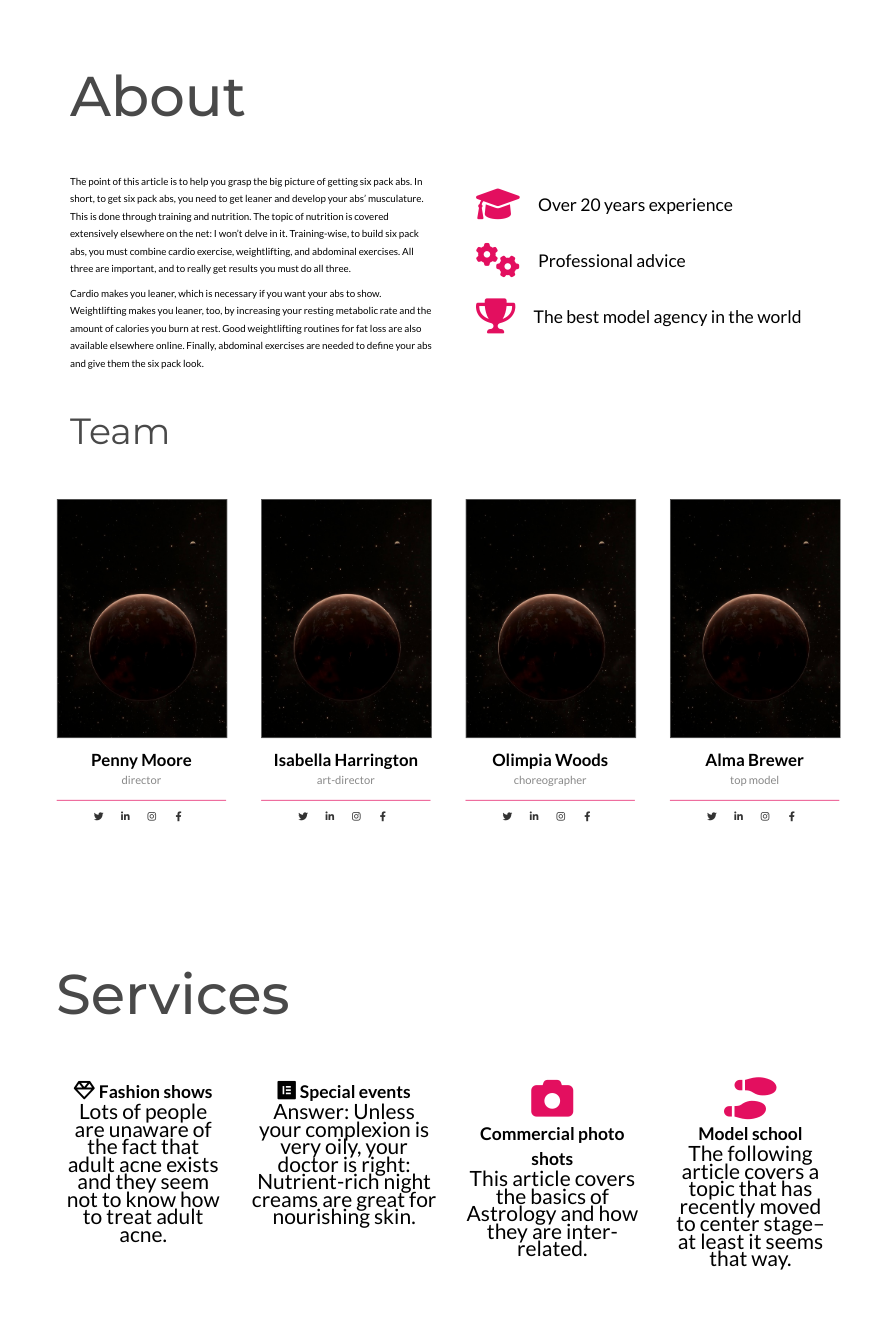
Repository: soniaarefin/cosmo
Page: index.html
These files come from the project's save history. The page is drawn as it stood at one moment and after the next save; the edit follows.
The browser window is 1280 px wide. The pictures show the part of the page from y = 714 to 2634 px (the page is 2634 px tall), at 70% of full size.

Above is the page before, as saved 2021-11-09 21:32:29.

### index.html
<!DOCTYPE html>
<html lang="en">
<head>
    <meta charset="UTF-8">
    <meta http-equiv="X-UA-Compatible" content="IE=edge">
    <meta name="description" content="&amp;lt;p&amp;gt;&amp;lt;strong&amp;gt;Cosmo&amp;lt;/strong&amp;gt; — is a clean, modern template that is suitable for &amp;l...">
    <meta name="keywords" content="HTML, CSS, JavaScript">
    <meta name="robots" content="noindex, nofollow" />
    <meta name="author" content="Sonia Arefin" >
    <meta name="viewport" content="width=device-width, initial-scale=1.0">
    <!-- <meta http-equiv="refresh" content="30" url="http://www.google.com"> -->
    <meta http-equiv = "cookie" content = "userid = xyz; expires = Wednesday, 20-Oct-21 23:59:59 GMT;" />
    <meta http-equiv = "Content-Type" content = "text/html; charset = UTF-8" />
    <!-- Title -->
    <title>Cosmo</title>
    <!-- CSS Links-->

    <!-- Fontawesome Links -->
    <link rel="stylesheet" href="https://cdnjs.cloudflare.com/ajax/libs/font-awesome/6.0.0-beta2/css/all.min.css">
    <!-- Google Fonts -->
    <link rel="preconnect" href="https://fonts.googleapis.com">
    <link rel="preconnect" href="https://fonts.gstatic.com" crossorigin>
    <link href="https://fonts.googleapis.com/css2?family=Lato:ital,wght@0,100;0,300;0,400;0,700;0,900;1,100;1,300&family=Montserrat:ital,wght@0,100;0,200;0,300;0,400;0,500;0,700;0,800;0,900;1,100;1,200;1,300;1,400&display=swap" rel="stylesheet">
    <!-- Custom CSS-->
    <link rel="stylesheet" href="assets/css/base.css">
    <link rel="stylesheet" href="assets/css/style.css">
    <link rel="stylesheet" href="assets/css/custom.css">
    <link rel="stylesheet" href="assets/css/responsive.css">
</head>
<body>
    <!-- Page Header Starts -->
    <header class="header">
        <div class="container">
            <nav class="nav-bar">
                <div class="wrapper-logo">
                    <a class="logo" href="index.html">
                        <span class="logo__heading">Cosmo</span><span class="logo__subheading">Model Agency</span>
                    </a>
                </div>
                <div class="wrapper-menu">
                    <ul class="menu-bar"><a class="menu-responsive-button" href="#"></a>
                        <li class="dropdown"><a class="dropbtn" href="#">Home</a>
                            <!-- <div class="dropdown-content">
                                <a href="#">Home Link 1</a>
                                <a href="#">Home Link 2</a>
                                <a href="#">Home Link 3</a>
                            </div> -->
                        </li>
                        <li class="dropdown"><a class="dropbtn" href="#">Projects</a>
                            <div class="dropdown-content">
                                <a href="#">Projects Link 1</a>
                                <a href="#">Projects Link 2</a>
                                <a href="#">Projects Link 3</a>
                            </div>
                        </li>
                        <li class="dropdown"><a class="dropbtn" href="casting.html">Casting</a>
                        </li>
                        <li class="dropdown"><a class="dropbtn" href="models.html">Models</a>
                        </li>
                        <li class="dropdown"><a class="dropbtn" href="blog.html">Blog</a>
                        </li>
                    </ul>
                </div>
            </nav>
        </div>
    </header>
    <!-- Page Header Ends -->
    <!-- Page Main Starts -->
    <main class="page-main">
        <!-- Section Intro Starts -->
        <section class="page-section page-section_intro intro-img">
            <div class="container">
                <div class="row">
                    <div class="col-25"></div>
                    <div class="col-50 section-intro" >
                        <header class="page-section_intro_header">
                            <span class="section-intro_span">MODEL AGENCY</span>
                            <hr class="divider">
                            <h1 class="page-section_intro_header_h1">Cosmo</h1>
                        </header>
                        <p class="section-intro_txt">Most people feel they have some basic flaws with their appearance, and the truth is that the stars are no exception.</p>
                        <div class="page-section_intro__btn">
                            <a class="page-section_intro__btn_btn button" href="#">Learn more</a>
                        </div>
                    </div>
                    <div class="col-25"></div>
                </div>
            </div>
        </section>
        <!-- Section Intro Ends -->
        <!-- Section About Starts -->
        <section class="page-section page-section-about">
            <div class="container">
                <div class="row">
                    <div class="col-100 section-about">
                        <h1 class="section-h1">About</h1>
                    </div>
                </div>
                <div class="row">
                    <div class="col-50 section-about_paragraph">
                        <p>The point of this article is to help you grasp the big picture of getting six pack abs. In short, to get six pack abs, you need to get leaner and develop your abs’ musculature. This is done through training and nutrition. The topic of nutrition is covered extensively elsewhere on the net: I won’t delve in it. Training-wise, to build six pack abs, you must combine cardio exercise, weightlifting, and abdominal exercises. All three are important, and to really get results you must do all three.</p>
                        <p>Cardio makes you leaner, which is necessary if you want your abs to show.  Weightlifting makes you leaner, too, by increasing your resting metabolic rate and the amount of calories you burn at rest. Good weightlifting routines for fat loss are also available elsewhere online. Finally, abdominal exercises are needed to define your abs and give them the six pack look.</p>
                    </div>
                    <div class="col-50 section-about_list_item">
                        <ul class="section-about_list">
                            <li class="about_list"><i class="fas fa-graduation-cap about-icon"></i><span class="about-list_span">Over 20 years experience</span></li>
                            <li class="about_list"><i class="fas fa-cogs about-icon"></i><span class="about-list_span">Professional advice</span></li>
                            <li class="about_list"><i class="fas fa-trophy about-icon"></i><span class="about-list_span">The best model agency in the world</span></li>
                        </ul>
                    </div>
                </div>
                <div class="col-100 mt-50 ">
                    <h3 class="h3">Team</h3>
                </div>
                <div class="mb-90">
                    <!-- <div class="col-25 team-member-wrapper">
                        <img class="team-member img-responsive" src="assets/images/abstract-g.png" alt="cosmo">
                    </div> -->
                    <div class="team-grid_container team-member-wrapper">
                        <!-- Team Member 1 -->
                        <div class="team-member1">
                            <img class="grid-item img-responsive team-member" src="assets/images/galaxy-n.jpg" alt="cosmo"><span class="team-member_name">Penny Moore</span><span class="team-member_designation">director</span>
                            <hr class="divider">
                            <ul class="team-social_icons">
                                <li class="social-icon"><a class="icon-twitter link-social-icon" href="#"><i class="fab fa-twitter"></i></a></li>
                                <li class="social-icon"><a class="icon_linkedin link-social-icon" href="#"><i class="fab fa-linkedin-in"></i></a></li>
                                <li class="social-icon"><a class="icon_instagram link-social-icon" href="#"><i class="fab fa-instagram"></i></a></li>
                                <li class="social-icon"><a class="icon_facebook link-social-icon" href="#"><i class="fab fa-facebook-f"></i></a></li>
                            </ul>
                        </div>
                        <!-- Team Member 1 -->
                        <!-- Team Member 2 -->
                        <div class="team-member2">
                            <img class="grid-item img-responsive team-member" src="assets/images/galaxy-n.jpg" alt="cosmo"><span class="team-member_name">Isabella Harrington</span><span class="team-member_designation">art-director</span>
                            <hr class="divider">
                            <ul class="team-social_icons">
                                <li class="social-icon"><a class="icon-twitter link-social-icon" href="#"><i class="fab fa-twitter"></i></a></li>
                                <li class="social-icon"><a class="icon_linkedin link-social-icon" href="#"><i class="fab fa-linkedin-in"></i></a></li>
                                <li class="social-icon"><a class="icon_instagram link-social-icon" href="#"><i class="fab fa-instagram"></i></a></li>
                                <li class="social-icon"><a class="icon_facebook link-social-icon" href="#"><i class="fab fa-facebook-f"></i></a></li>
                            </ul>
                        </div>
                        <!-- Team Member 2 -->
                        <!-- Team Member 3 -->
                        <div class="team-member3">
                            <img class="grid-item img-responsive team-member" src="assets/images/galaxy-n.jpg" alt="cosmo"><span class="team-member_name">Olimpia Woods</span><span class="team-member_designation">choreographer</span>
                            <hr class="divider">
                            <ul class="team-social_icons">
                                <li class="social-icon"><a class="icon-twitter link-social-icon" href="#"><i class="fab fa-twitter"></i></a></li>
                                <li class="social-icon"><a class="icon_linkedin link-social-icon" href="#"><i class="fab fa-linkedin-in"></i></a></li>
                                <li class="social-icon"><a class="icon_instagram link-social-icon" href="#"><i class="fab fa-instagram"></i></a></li>
                                <li class="social-icon"><a class="icon_facebook link-social-icon" href="#"><i class="fab fa-facebook-f"></i></a></li>
                            </ul>
                        </div>
                        <!-- Team Member 3 -->
                        <!-- Team Member 4 -->
                        <div class="team-member4">
                            <img class="grid-item img-responsive team-member" src="assets/images/galaxy-n.jpg" alt="cosmo"><span class="team-member_name">Alma Brewer</span><span class="team-member_designation">top model</span>
                            <hr class="divider">
                            <ul class="team-social_icons">
                                <li class="social-icon"><a class="icon-twitter link-social-icon" href="#"><i class="fab fa-twitter"></i></a></li>
                                <li class="social-icon"><a class="icon_linkedin link-social-icon" href="#"><i class="fab fa-linkedin-in"></i></a></li>
                                <li class="social-icon"><a class="icon_instagram link-social-icon" href="#"><i class="fab fa-instagram"></i></a></li>
                                <li class="social-icon"><a class="icon_facebook link-social-icon" href="#"><i class="fab fa-facebook-f"></i></a></li>
                            </ul>
                        </div>
                        <!-- Team Member 4 -->
                    </div>
                </div>
            </div>
        </section>
        <!-- Section About Ends -->
        <!-- Section Services Starts -->
        <section class="page-section">
            <div class="container">
                <div class="section-services">
                    <h1 class="section-h1">Services</h1>
                </div>
                <div class="grid-container service-container">
                    <div class="services-grid_item">
                        <i class="sevices-icon fa-regular fa-gem"></i>
                        <span class="services-span">Fashion shows</span>
                        <p class="service-paragraph">Lots of people are unaware of the fact that adult acne exists and they seem not to know how to treat adult acne.</p>
                    </div>
                    <div class="services-grid_item">
                        <i class="sevices-icon fab fa-elementor"></i>
                        <span class="services-span">Special events</span>
                        <p class="service-paragraph">Answer: Unless your complexion is very oily, your doctor is right: Nutrient-rich night creams are great for nourishing skin.</p>
                    </div>
                    <div class="services-grid_item">
                        <i class="services-icon fas fa-camera"></i>
                        <span class="services-span">Commercial photo shots</span>
                        <p class="service-paragraph">This article covers the basics of Astrology and how they are inter-related.</p>
                    </div>
                    <div class="services-grid_item">
                        <i class="services-icon fa-solid fa-shoe-prints"></i>
                        <span class="services-span">Model school</span>
                        <p class="service-paragraph">The following article covers a topic that has recently moved to center stage–at least it seems that way.</p>
                    </div>
                </div>
            </div>
        </section>
        <!-- Section Services Ends -->
    </main>
    <!-- Page Main Ends -->
    <!-- Page Footer Starts -->
    <!-- Page Footer Starts -->
    <!-- JS links -->
    <!-- JS links -->
    <!-- Custom JS -->
    <!-- Custom JS -->
</body>
</html>

### assets/css/base.css

/* Body and general styles */
* {
    margin: 0;
    padding: 0;
    /* box-sizing: border-box; */
}
html {
    font-size: 14px;
}
body {
    position: relative;
    width: 100%;
    color: rgb(0, 0, 0);
    background-color: rgb(255, 255, 255));
    font-family: 'Lato', sans-serif;
    font-size: 100%;
    font-weight: 400;
    margin: 0;
    padding: 0;
}
h1,h2,h3,h4,h5,h6 {
    font-family: 'Montserrat', sans-serif;
    font-weight: 700;
}
p {
    line-height: 25px;
    margin-top: 0;
    margin-bottom: 10px;
}
a {
    text-decoration: none;
    background-color: transparent;
    cursor: pointer;
    transition: all 0.4s ease-in-out;
}
ul {
    list-style-type: none;
    margin: 0;
    padding: 0;
    overflow: hidden;
}
li {
    float: left;
}
hr {
    border: 0;
    height: 0;
    box-sizing: content-box;
}
img {
    vertical-align: middle;
}

### assets/css/custom.css
.container {
    width: 1120px;
    margin-right: auto;
    margin-left: auto;
    padding-left: 20px;
    padding-right: 20px;
}
.img-responsive {
    display: block;
    width: 100%;
    height: auto;
}
a:hover {
    text-decoration: none;
    color: #e30f5f;
}
a:focus, a:active {
    outline: none;
    text-decoration: none;
    color: #e30f5f;
}
.button:focus, .button:active {
    outline: none;
}
.button {
    position: relative;
    display: inline-block;
    padding: 12px 86px;
    -webkit-border-radius: 10px;
    color: #e30f5f;
    border-radius: 10px;
    font-size: 18px;
    border: 1px solid #e30f5f;
    overflow: hidden;
    transition: all 0.4s ease-in-out;
}
.button:hover {
    border-color: #331a24;
    background-color: #331a24;
    color: #fff;
}
.mt-50 {
    margin-top: 50px;
}
.mb-60 {
    margin-bottom: 60px;
}
.mb-90 {
    margin-bottom: 90px;;
}
.col-100 {
    position: relative;
    min-height: 1px;
    padding-left: 20px;
    padding-right: 20px;
    float: left;
    width: 100%;
    height: auto;
}
.col-20 {
    float: left;
    width: 20%;
    height: auto;
}
.col-25 {
    float: left;
    width: 25%;
    height: auto;
}
.col-33 {
    float: left;
    width: 33.33%;
    /*padding: 10px; */
    height: auto;
}
.col-34 {
    float: left;
    width: 34%;
    height: auto;
}
.col-50 {
    position: relative;
    min-height: 1px;
    padding-left: 20px;
    padding-right: 20px;
    float: left;
    width: 50%;
    height: auto;
}
.col-60 {
    float: left;
    width: 60%;
    height: auto;
}
.col-66 {
    float: left;
    width: 66%;
    height: auto;
}
/* .row:after {
    content: "";
    display: table;
    clear: both;
} */
.row {
    display: flex;
}
.divider {
    margin-top: 10px;
    margin-bottom: 10px;
    border-top: 1px solid #e30f5f;
}
.h3 {
    color: #494949;
    font-size: 52px;
    font-weight: 400;
    font-family: 'Montserrat', sans-serif;;
    line-height: 1;
    margin-bottom: 60px;
}
/* .h2 {
    font-size: 5.71429rem;
    line-height: 6.42857rem;
    margin-bottom: 60px;
} */
.grid-container {
    display: grid;
    grid-column-gap: 40px;
    grid-template-columns: auto auto auto auto;
    /* background-color: #2196F3; */
    padding: 10px;
    justify-content: center;
}
.grid-item {
    background-color: rgba(255, 255, 255, 0.8);
    border: 1px solid rgba(0, 0, 0, 0.8);
    /* padding: 20px; */
    font-size: 30px;
    text-align: center;
}
/* .[class^="icon-"]:before, [class*=" icon-"]:before {
    font-family: "freepik";
    font-style: normal;
    font-weight: normal;
    speak: none;
    display: inline-block;
    text-decoration: inherit;
    width: 1em;
    margin-right: .2em;
    text-align: center;
    /* opacity: .8; */
    /* font-variant: normal;
    text-transform: none;
    line-height: 1em;
    margin-left: .2em; */
    /* font-size: 120%; */
    /* -webkit-font-smoothing: antialiased; */
    /* -moz-osx-font-smoothing: grayscale; */
    /* text-shadow: 1px 1px 1px rgba(127, 127, 127, 0.3); */
} */

### assets/css/responsive.css
/* Custom, iPhone Retina */
@media only screen and (max-width: 320px) {
  /**/
}

/*==========  Mobile First Method  ==========*/
/* Custom, iPhone Retina */
@media only screen and (min-width: 320px) {
  /**/
}

/* Extra Small Devices, Phones */
@media only screen and (min-width: 480px) {
  /**/
}

/* Small Devices, Tablets */
@media only screen and (min-width: 768px) {
  /**/
}

/* Medium Devices, Desktops */
@media only screen and (min-width: 992px) {
  /**/
      /* .col-25 {
          width: 25%;
          float: left;
      } */
}

/* Large Devices, Wide Screens */
@media only screen and (min-width: 1200px) {
  /**/
}

Loaded but not shown: assets/css/style.css (405 lines, source omitted)

After the next save:
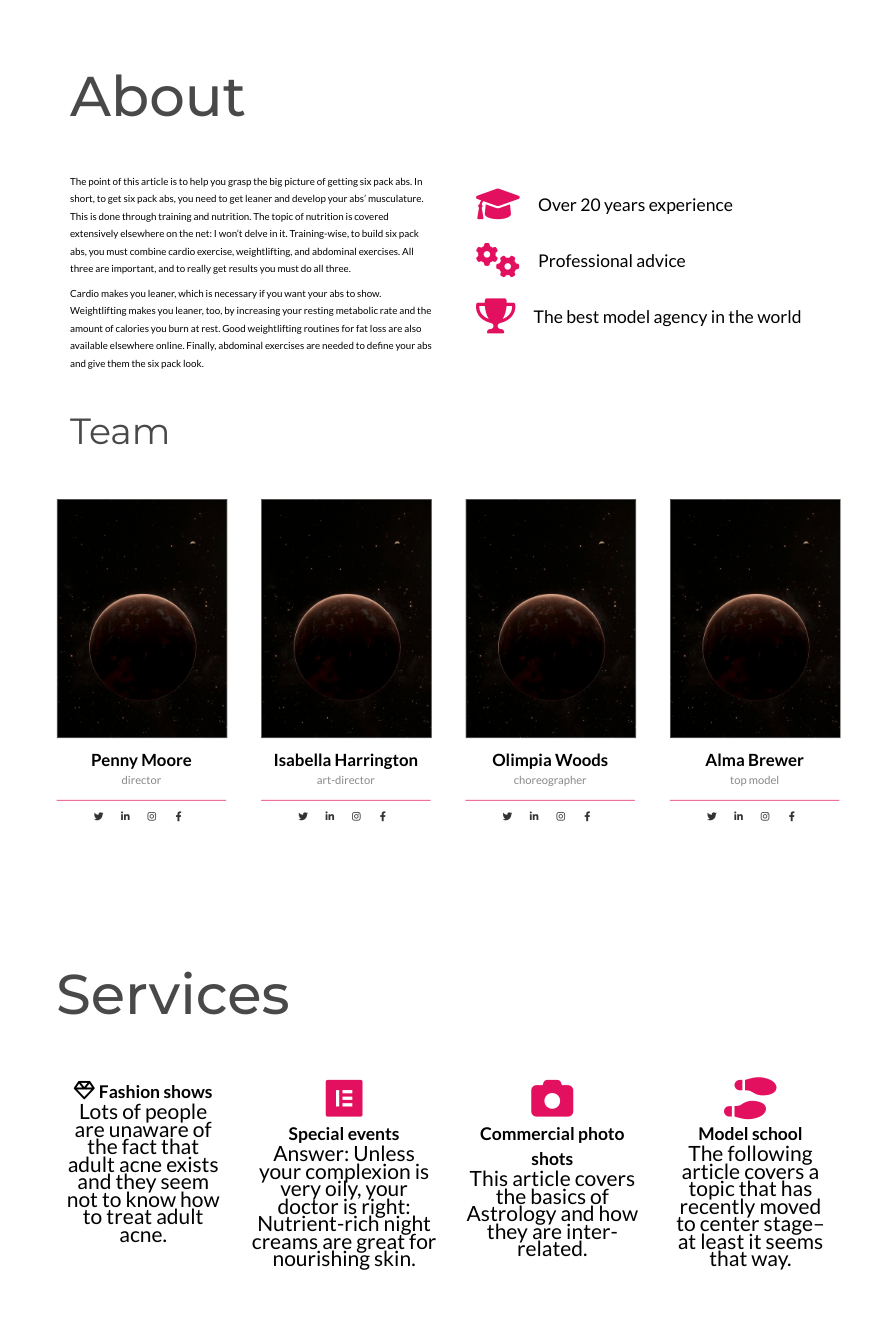
Saved 5 s later.
--- a/index.html
+++ b/index.html
@@ -183,7 +183,7 @@
                         <p class="service-paragraph">Lots of people are unaware of the fact that adult acne exists and they seem not to know how to treat adult acne.</p>
                     </div>
                     <div class="services-grid_item">
-                        <i class="sevices-icon fab fa-elementor"></i>
+                        <i class="services-icon fab fa-elementor"></i>
                         <span class="services-span">Special events</span>
                         <p class="service-paragraph">Answer: Unless your complexion is very oily, your doctor is right: Nutrient-rich night creams are great for nourishing skin.</p>
                     </div>
